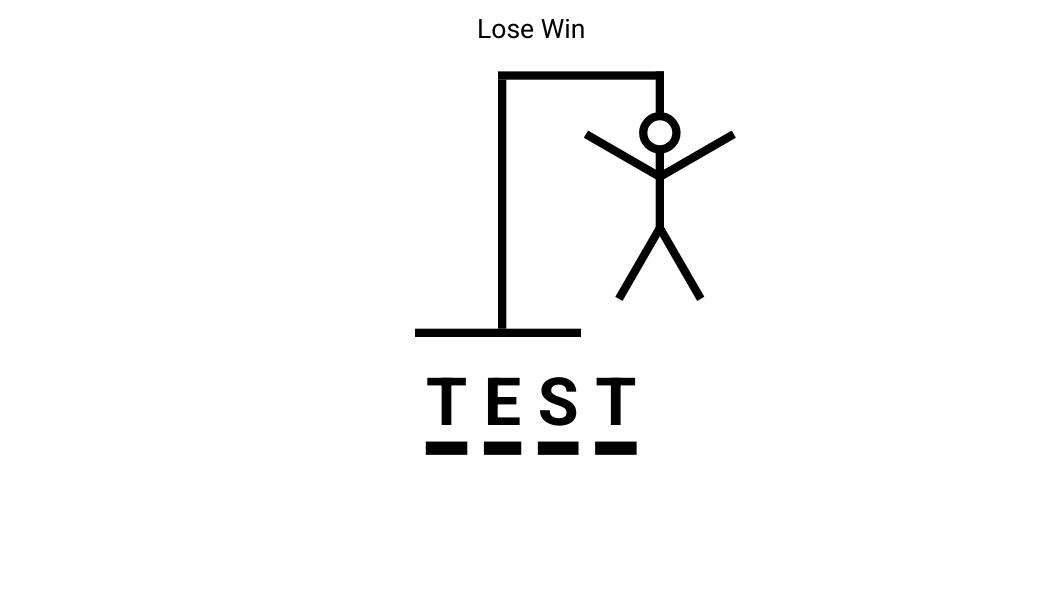
Repository: guilhermecardoso93/jogodaforca
Page: /
The author's editor kept a copy of each file at every save. The page is drawn from the files as they stood at one save, then again after the next save.
The browser window is 1280 px wide. The pictures show the whole page, at 83% of full size.
The project was rebuilt for these pictures with package versions that can differ from the ones it lists, and the page was loaded fresh each time. Also part of the build but not shown: vite.config.ts.

Above is the page before, as saved 2022-12-06 21:27:24.

After the next save:
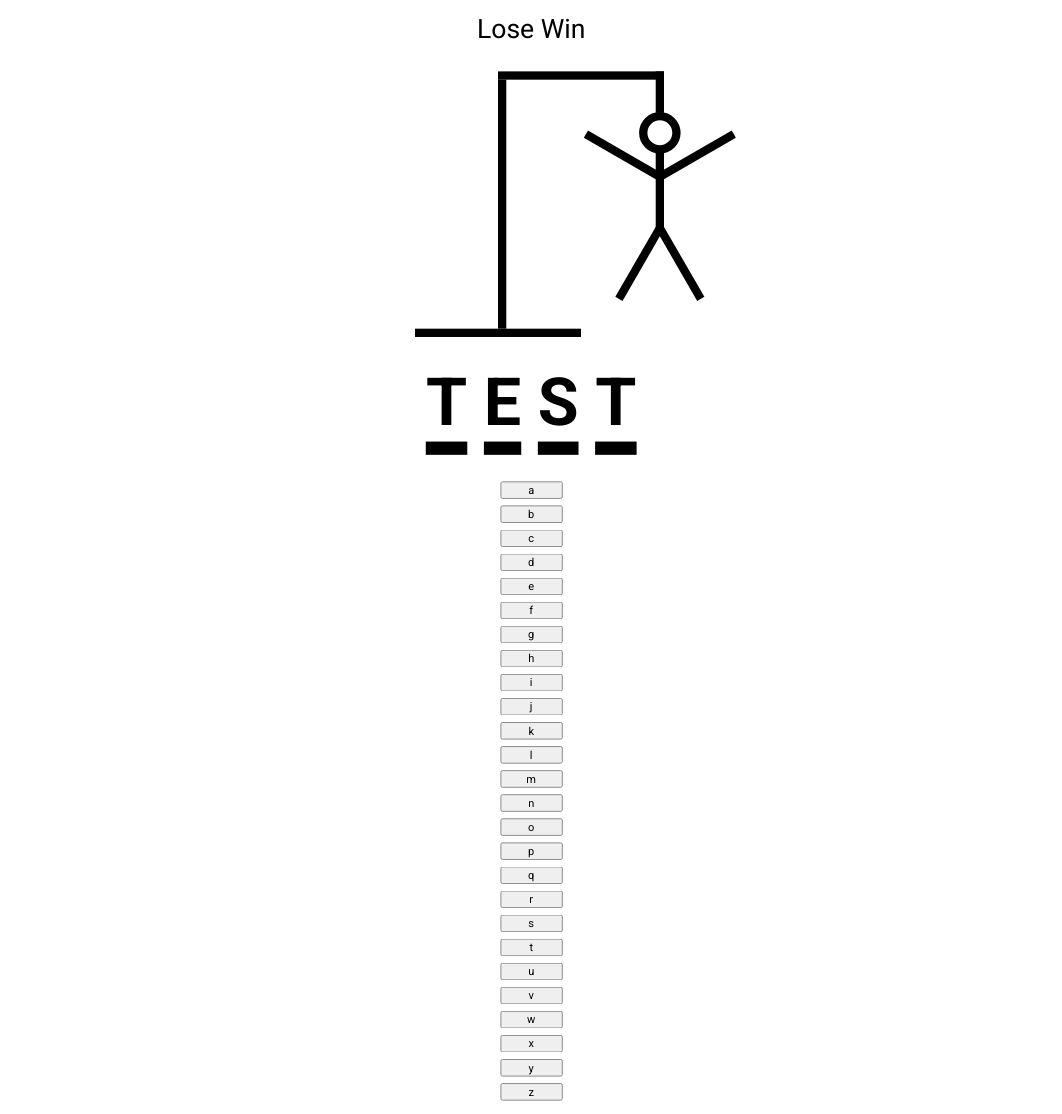
Saved 43 s later.
--- a/src/components/Keyboard.tsx
+++ b/src/components/Keyboard.tsx
@@ -32,7 +32,9 @@ const KEYS = [
 export function Keyboard() {
   return (
     <div className='KeyboardContainer'>
-
+     {KEYS.map(key => {
+      return <button>{key}</button>
+     })}
     </div>
   )
 }
